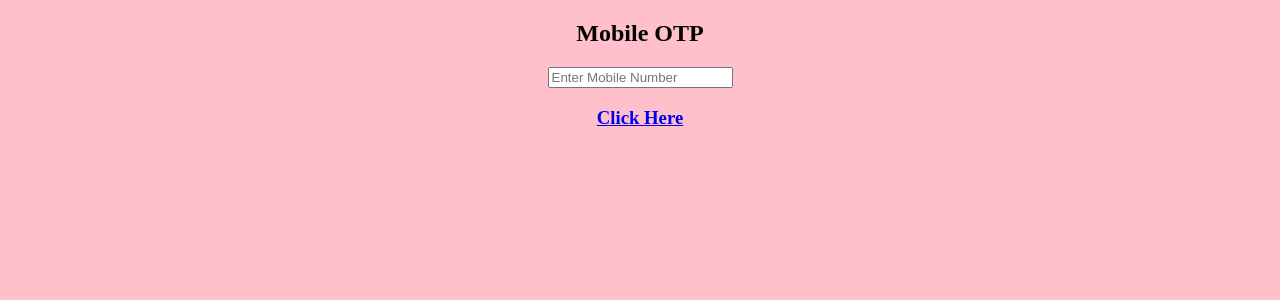
Repository: singhmohan333/springframework
Page: http://localhost/HelloWorld/
These files come from the project's save history. The page is drawn as it stood at one moment and after the next save; the edit follows.
The browser window is 1280 px wide. The pictures show the whole page.
The page is served by Tomcat 9.

Above is the page before, as saved 2018-01-24 16:32:45.

After the next save:
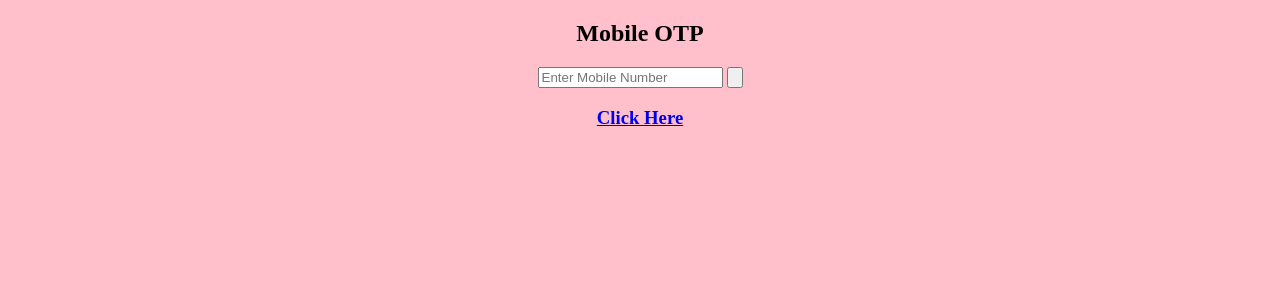
Saved 56 s later.
--- a/HelloWorld/src/main/webapp/index.jsp
+++ b/HelloWorld/src/main/webapp/index.jsp
@@ -8,7 +8,8 @@
 <center>
 		<h2>Mobile OTP</h2>
 		<form action="helloworld">
-		<input type="text" name="mobileNo" placeholder="Enter Mobile Number"> </input>
+		<input type="text" name="mobileNo" placeholder="Enter Mobile Number">
+		<input type="button"
 
 		</form>
 		<h3>
